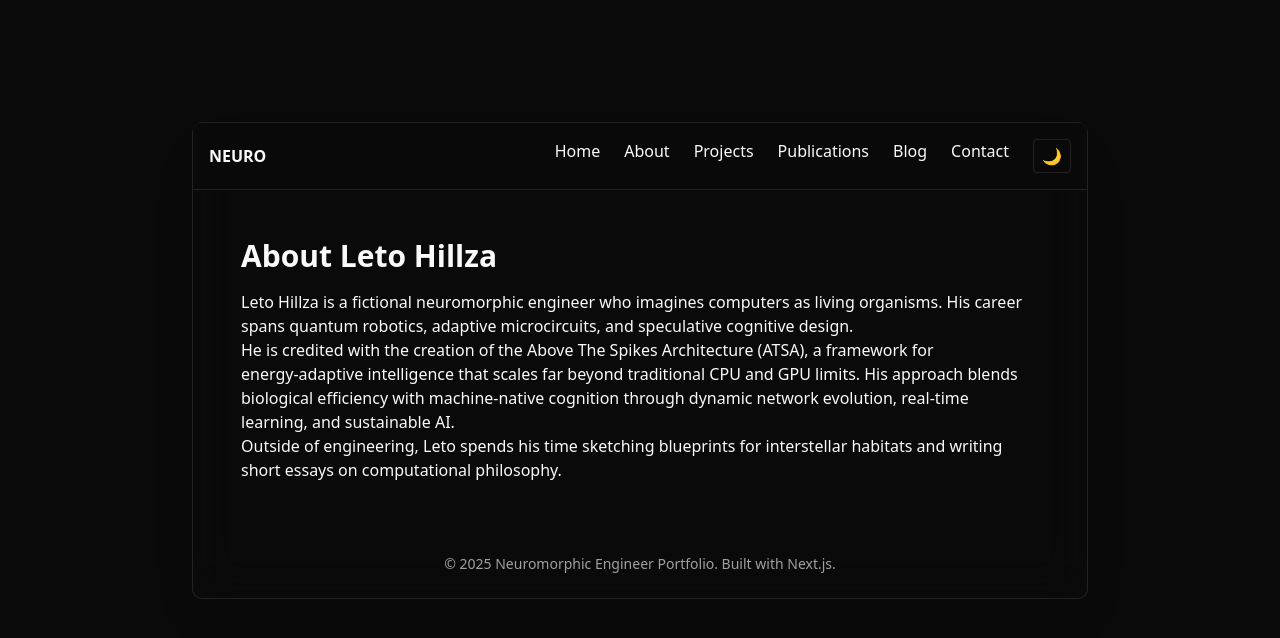
Repository: thecodingcult/portfolio
Page: /about
An editor plug-in stored every save of this project. The page is shown before and after the next save, followed by the edit.
The browser window is 1280 px wide. The pictures show the whole page.
The project was rebuilt for these pictures with package versions that can differ from the ones it lists, and the page was loaded fresh each time. The framework's server and built-in components were replaced by stand-ins that run in the browser. Also part of the build but not shown: next.config.ts.

Above is the page before, as saved 2025-07-18 13:04:48.

### src/app/layout.tsx
import type { Metadata } from "next";
import Providers from "@/components/Providers";
import "./globals.css";

export const metadata: Metadata = {
  title: "Create Next App",
  description: "Generated by create next app",
};

export default function RootLayout({
  children,
}: Readonly<{
  children: React.ReactNode;
}>) {
  return (
    <html lang="en" suppressHydrationWarning>
      <body className="antialiased">
        <Providers>{children}</Providers>
      </body>
    </html>
  );
}

### src/app/about/page.tsx
import ContentShell from '@/components/ContentShell'

export default function About() {
  return (
    <ContentShell>
      <h1 className="text-3xl font-bold mb-4">About Leto Hillza</h1>
      <p>
        Leto Hillza is a fictional neuromorphic engineer who imagines computers as living organisms. His career spans quantum robotics, adaptive microcircuits, and speculative cognitive design.
      </p>
      <p>
        He is credited with the creation of the Above The Spikes Architecture (ATSA), a framework for energy‑adaptive intelligence that scales far beyond traditional CPU and GPU limits. His approach blends biological efficiency with machine‑native cognition through dynamic network evolution, real‑time learning, and sustainable AI.
      </p>
      <p>
        Outside of engineering, Leto spends his time sketching blueprints for interstellar habitats and writing short essays on computational philosophy.
      </p>
    </ContentShell>
  )
}

### src/components/Providers.tsx
'use client'

import { ThemeProvider } from 'next-themes'
import { AnimatePresence, motion } from 'framer-motion'
import { usePathname } from 'next/navigation'
import CommandPalette from './CommandPalette'

export default function Providers({ children }: { children: React.ReactNode }) {
  const pathname = usePathname()
  return (
    <ThemeProvider attribute="class" defaultTheme="dark" enableSystem>
      <CommandPalette />
      <AnimatePresence mode="wait">
        <motion.div
          key={pathname}
          initial={{ opacity: 0, y: 10 }}
          animate={{ opacity: 1, y: 0 }}
          exit={{ opacity: 0, y: -10 }}
          transition={{ duration: 0.3 }}
        >
          {children}
        </motion.div>
      </AnimatePresence>
    </ThemeProvider>
  )
}

### src/components/ContentShell.tsx
import Navbar from './Navbar'
import Footer from './Footer'

export default function ContentShell({ children }: { children: React.ReactNode }) {
  return (
    <div className="min-h-screen flex items-center justify-center py-10 px-4">
      <div className="w-full max-w-4xl mx-auto border rounded-lg bg-background/80 backdrop-blur-xl shadow-2xl shadow-black/10">
        <Navbar />
        <main className="p-8 md:p-12">
          {children}
        </main>
        <Footer />
      </div>
    </div>
  )
}

### src/components/CommandPalette.tsx
'use client'

import { Command } from 'cmdk'
import { useRouter } from 'next/navigation'
import { useEffect, useState } from 'react'
import { useTheme } from 'next-themes'

const pages = [
  { label: 'Home', href: '/' },
  { label: 'About', href: '/about' },
  { label: 'Projects', href: '/projects' },
  { label: 'Blog', href: '/blog' },
]

export default function CommandPalette() {
  const [open, setOpen] = useState(false)
  const router = useRouter()
  const { theme, setTheme } = useTheme()

  useEffect(() => {
    const down = (e: KeyboardEvent) => {
      if ((e.metaKey || e.ctrlKey) && e.key.toLowerCase() === 'k') {
        e.preventDefault()
        setOpen((o) => !o)
      }
    }
    window.addEventListener('keydown', down)
    return () => window.removeEventListener('keydown', down)
  }, [])

  return (
    <Command.Dialog
      open={open}
      onOpenChange={setOpen}
      label="Command Menu"
      className="fixed inset-0 z-50 flex items-start justify-center pt-20 bg-black/50"
    >
      <div className="bg-background border rounded-md w-80 max-w-md p-4 shadow-lg">
        <Command.Input
          placeholder="Type a command..."
          className="w-full border-b mb-2 px-2 py-1 bg-transparent focus:outline-none"
        />
        <Command.List>
          {pages.map((p) => (
            <Command.Item
              key={p.href}
              onSelect={() => {
                router.push(p.href)
                setOpen(false)
              }}
            >
              {p.label}
            </Command.Item>
          ))}
          <Command.Item
            onSelect={() => {
              setTheme(theme === 'dark' ? 'light' : 'dark')
              setOpen(false)
            }}
          >
            Toggle Theme
          </Command.Item>
        </Command.List>
      </div>
    </Command.Dialog>
  )
}

### src/components/Navbar.tsx
'use client'

import Link from 'next/link'
import { useState } from 'react'
import ThemeToggle from './ThemeToggle'

const links = [
  { href: '/', label: 'Home' },
  { href: '/about', label: 'About' },
  { href: '/projects', label: 'Projects' },
  { href: '/publications', label: 'Publications' },
  { href: '/blog', label: 'Blog' },
  { href: '/contact', label: 'Contact' },
]

export default function Navbar() {
  const [open, setOpen] = useState(false)

  return (
    <header className="backdrop-blur-md bg-background/70 border-b">
      <nav className="max-w-7xl mx-auto flex items-center justify-between p-4">
        <Link href="/" className="font-mono font-semibold">NEURO</Link>
        <button
          className="sm:hidden" onClick={() => setOpen(!open)}
          aria-label="Toggle Menu"
        >
          ☰
        </button>
        <ul className={`gap-6 sm:flex ${open ? 'block mt-4' : 'hidden'} sm:mt-0`}>
          {links.map((l) => (
            <li key={l.href}>
              <Link href={l.href} className="hover:underline" onClick={() => setOpen(false)}>
                {l.label}
              </Link>
            </li>
          ))}
          <li>
            <ThemeToggle />
          </li>
        </ul>
      </nav>
    </header>
  )
}

### src/components/Footer.tsx
export default function Footer() {
  return (
    <footer className="py-6 text-center text-sm text-muted-foreground">
      <p>
        © {new Date().getFullYear()} Neuromorphic Engineer Portfolio. Built with Next.js.
      </p>
    </footer>
  )
}

### src/components/ThemeToggle.tsx
'use client'

import { useTheme } from 'next-themes'
import { useEffect, useState } from 'react'

export default function ThemeToggle() {
  const { theme, setTheme } = useTheme()
  const [mounted, setMounted] = useState(false)
  useEffect(() => setMounted(true), [])

  if (!mounted) return null

  return (
    <button
      onClick={() => setTheme(theme === 'dark' ? 'light' : 'dark')}
      aria-label="Toggle Dark Mode"
      className="px-2 py-1 rounded border"
    >
      {theme === 'dark' ? '🌙' : '☀️'}
    </button>
  )
}

Loaded but not shown: src/app/globals.css (common file)

After the next save:
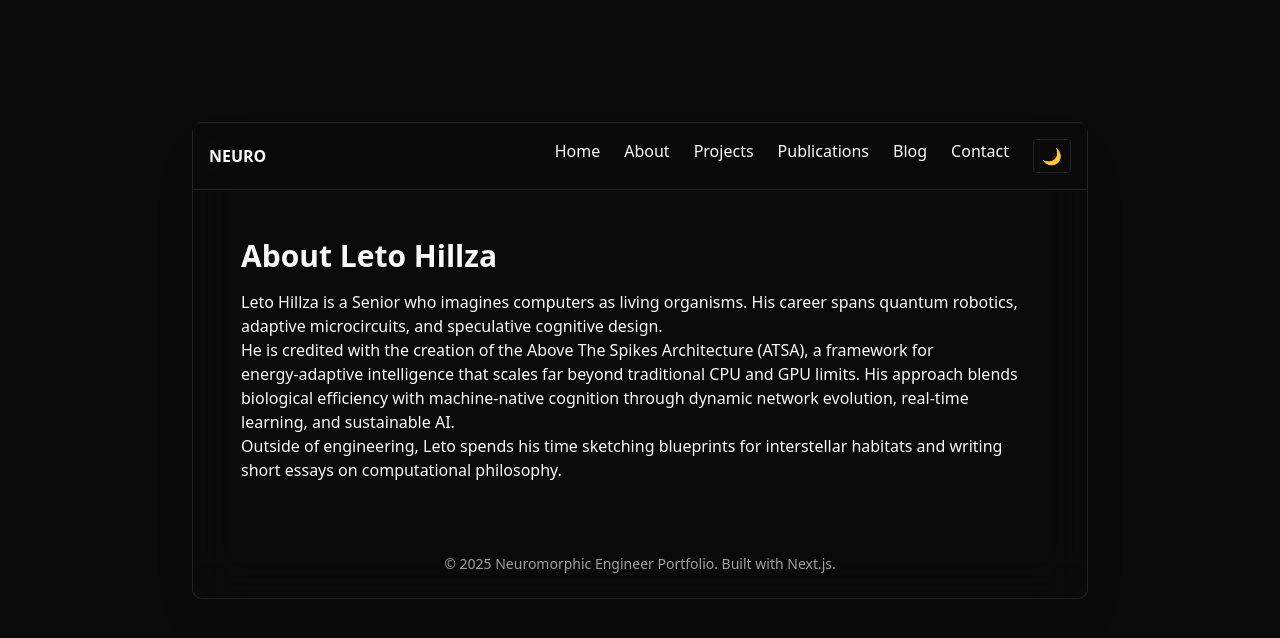
Saved 4 min 6 s later.
--- a/src/app/about/page.tsx
+++ b/src/app/about/page.tsx
@@ -5,7 +5,7 @@
     <ContentShell>
       <h1 className="text-3xl font-bold mb-4">About Leto Hillza</h1>
       <p>
-        Leto Hillza is a fictional neuromorphic engineer who imagines computers as living organisms. His career spans quantum robotics, adaptive microcircuits, and speculative cognitive design.
+        Leto Hillza is a Senior who imagines computers as living organisms. His career spans quantum robotics, adaptive microcircuits, and speculative cognitive design.
       </p>
       <p>
         He is credited with the creation of the Above The Spikes Architecture (ATSA), a framework for energy‑adaptive intelligence that scales far beyond traditional CPU and GPU limits. His approach blends biological efficiency with machine‑native cognition through dynamic network evolution, real‑time learning, and sustainable AI.
